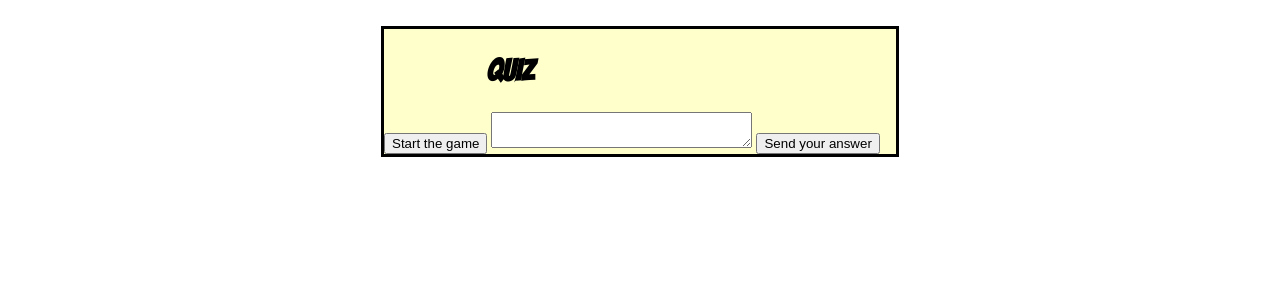
Repository: jb223cp/1dv403-laborationer
Page: 4-thequiz/index.html
The author's editor kept a record of every edit. The page is drawn from the files as they stood at one moment, then again after the next edit.
The browser window is 1280 px wide. The pictures show the whole page.

Above is the page before.

After the next edit:
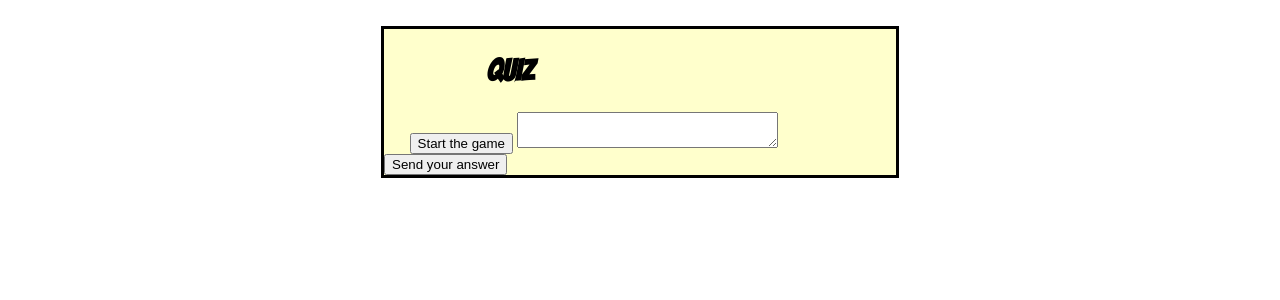
The edit:
--- a/4-thequiz/index.html
+++ b/4-thequiz/index.html
@@ -15,7 +15,7 @@
 
 
 
-            <input  type="button" value="Start the game" id="start"></input>
+            <input  type="button" class="button" value="Start the game" id="start"></input>
             <textarea cols="30" rows="2" maxlength="250" name="Answer" id="answer"></textarea>
             <input  type="button" value="Send your answer" id="send"></input>
         </section>
